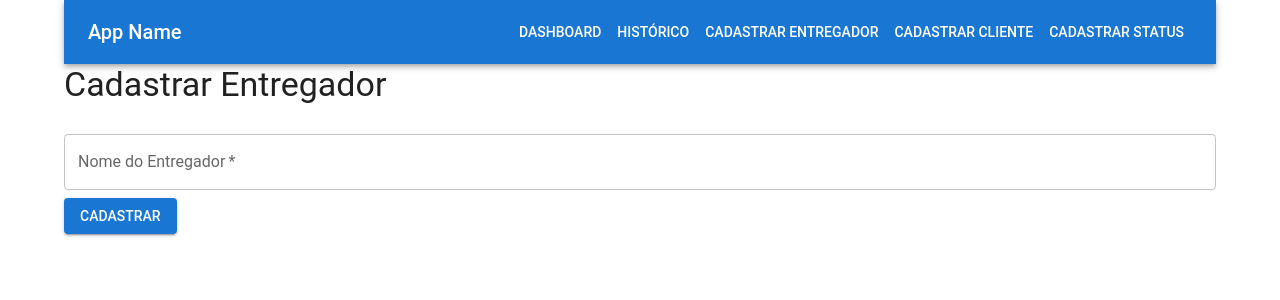
Repository: feliperanon/mobilegestao
Page: /add-entregador (app in frontend/)
These files come from the project's save history. The page is drawn as it stood at one moment and after the next save; the edit follows.
The browser window is 1280 px wide. The pictures show the whole page.
The project was rebuilt for these pictures with package versions that can differ from the ones it lists, and the page was loaded fresh each time. Also part of the build but not shown: frontend/webpack.config.js, frontend/src/pages/Home.js, frontend/src/pages/History.js, frontend/src/pages/Analysis.js, frontend/src/components/Dashboard.js, frontend/src/components/Login.js, frontend/src/components/Register.js, frontend/src/components/AddCliente.js and 1 more.

Above is the page before, as saved 2024-07-14 19:32:29.

### frontend/public/index.html
<!-- frontend/public/index.html -->

<!DOCTYPE html>
<html lang="en">
<head>
    <meta charset="UTF-8">
    <meta name="viewport" content="width=device-width, initial-scale=1.0">
    <title>Mobile Gestão</title>
</head>
<body>
    <div id="root"></div>
</body>
</html>

### frontend/src/index.js
// frontend/src/index.js

import React from 'react';
import ReactDOM from 'react-dom';
import { BrowserRouter as Router } from 'react-router-dom';
import { ThemeProvider, createTheme } from '@mui/material/styles';
import CssBaseline from '@mui/material/CssBaseline';
import App from './App';

const theme = createTheme({
  palette: {
    primary: {
      main: '#1976d2',
    },
    secondary: {
      main: '#dc004e',
    },
  },
  typography: {
    fontFamily: 'Roboto, Arial, sans-serif',
  },
});

const rootElement = document.getElementById('root');

const render = (Component) => {
  ReactDOM.render(
    <ThemeProvider theme={theme}>
      <CssBaseline />
      <Router>
        <Component />
      </Router>
    </ThemeProvider>,
    rootElement
  );
};

render(App);

if (module.hot) {
  module.hot.accept('./App', () => {
    const NextApp = require('./App').default;
    render(NextApp);
  });
}

### frontend/src/App.js
// frontend/src/App.js

import React from 'react';
import { BrowserRouter as Router, Route, Switch } from 'react-router-dom';
import { ThemeProvider, createTheme } from '@mui/material/styles';
import CssBaseline from '@mui/material/CssBaseline';
import Home from './pages/Home';
import History from './pages/History';
import Analysis from './pages/Analysis';
import Dashboard from './components/Dashboard';
import Login from './components/Login';
import Register from './components/Register';
import AddEntregador from './components/AddEntregador';
import AddCliente from './components/AddCliente';
import AddStatus from './components/AddStatus';

const theme = createTheme({
  palette: {
    primary: {
      main: '#1976d2',
    },
    secondary: {
      main: '#dc004e',
    },
  },
  typography: {
    fontFamily: 'Roboto, Arial, sans-serif',
  },
});

const App = () => (
  <ThemeProvider theme={theme}>
    <CssBaseline />
    <Router>
      <Switch>
        <Route path="/" exact component={Home} />
        <Route path="/login" component={Login} />
        <Route path="/register" component={Register} />
        <Route path="/dashboard" component={Dashboard} />
        <Route path="/history" component={History} />
        <Route path="/analysis" component={Analysis} />
        <Route path="/add-entregador" component={AddEntregador} />
        <Route path="/add-cliente" component={AddCliente} />
        <Route path="/add-status" component={AddStatus} />
      </Switch>
    </Router>
  </ThemeProvider>
);

export default App;

### frontend/src/components/AddEntregador.js
// frontend/src/components/AddEntregador.js

import React, { useState } from 'react';
import axios from 'axios';
import {
  Container,
  Typography,
  TextField,
  Button,
  Box
} from '@mui/material';
import Navigation from './Navigation';

const AddEntregador = () => {
  const [name, setName] = useState('');

  const handleSubmit = async (e) => {
    e.preventDefault();
    try {
      await axios.post('http://localhost:5008/api/lists/entregadores', { nome: name });
      setName('');
    } catch (err) {
      console.error('Erro ao adicionar entregador', err);
    }
  };

  return (
    <Container>
      <Navigation />
      <Typography variant="h4" component="h1" gutterBottom>
        Cadastrar Entregador
      </Typography>
      <Box component="form" onSubmit={handleSubmit} sx={{ mb: 4 }}>
        <TextField
          label="Nome do Entregador"
          value={name}
          onChange={(e) => setName(e.target.value)}
          fullWidth
          required
          margin="normal"
        />
        <Button type="submit" variant="contained" color="primary">
          Cadastrar
        </Button>
      </Box>
    </Container>
  );
};

export default AddEntregador;

### frontend/src/components/Navigation.js
// frontend/src/components/Navigation.js

import React from 'react';
import { Link } from 'react-router-dom';
import { AppBar, Toolbar, Typography, Button } from '@mui/material';

const Navigation = () => {
  return (
    <AppBar position="static">
      <Toolbar>
        <Typography variant="h6" sx={{ flexGrow: 1 }}>
          App Name
        </Typography>
        <Button color="inherit" component={Link} to="/dashboard">Dashboard</Button>
        <Button color="inherit" component={Link} to="/history">Histórico</Button>
        <Button color="inherit" component={Link} to="/add-entregador">Cadastrar Entregador</Button>
        <Button color="inherit" component={Link} to="/add-cliente">Cadastrar Cliente</Button>
        <Button color="inherit" component={Link} to="/add-status">Cadastrar Status</Button>
      </Toolbar>
    </AppBar>
  );
};

export default Navigation;

After the next save:
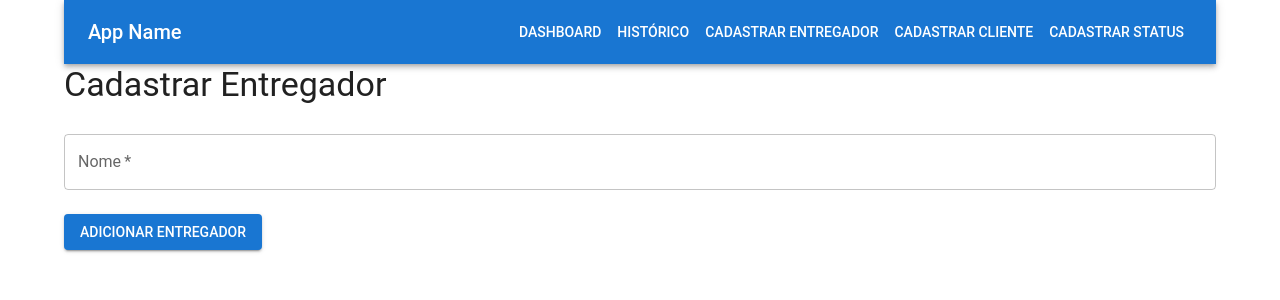
Saved 28 s later.
--- a/frontend/src/components/AddEntregador.js
+++ b/frontend/src/components/AddEntregador.js
@@ -2,23 +2,17 @@
 
 import React, { useState } from 'react';
 import axios from 'axios';
-import {
-  Container,
-  Typography,
-  TextField,
-  Button,
-  Box
-} from '@mui/material';
+import { Container, Typography, TextField, Button, Box } from '@mui/material';
 import Navigation from './Navigation';
 
 const AddEntregador = () => {
-  const [name, setName] = useState('');
+  const [nome, setNome] = useState('');
 
   const handleSubmit = async (e) => {
     e.preventDefault();
     try {
-      await axios.post('http://localhost:5008/api/lists/entregadores', { nome: name });
-      setName('');
+      await axios.post('http://localhost:5008/api/lists/entregadores', { nome });
+      setNome('');
     } catch (err) {
       console.error('Erro ao adicionar entregador', err);
     }
@@ -32,15 +26,15 @@ const AddEntregador = () => {
       </Typography>
       <Box component="form" onSubmit={handleSubmit} sx={{ mb: 4 }}>
         <TextField
-          label="Nome do Entregador"
-          value={name}
-          onChange={(e) => setName(e.target.value)}
+          label="Nome"
+          value={nome}
+          onChange={(e) => setNome(e.target.value)}
           fullWidth
           required
           margin="normal"
         />
-        <Button type="submit" variant="contained" color="primary">
-          Cadastrar
+        <Button type="submit" variant="contained" color="primary" sx={{ mt: 2 }}>
+          Adicionar Entregador
         </Button>
       </Box>
     </Container>
